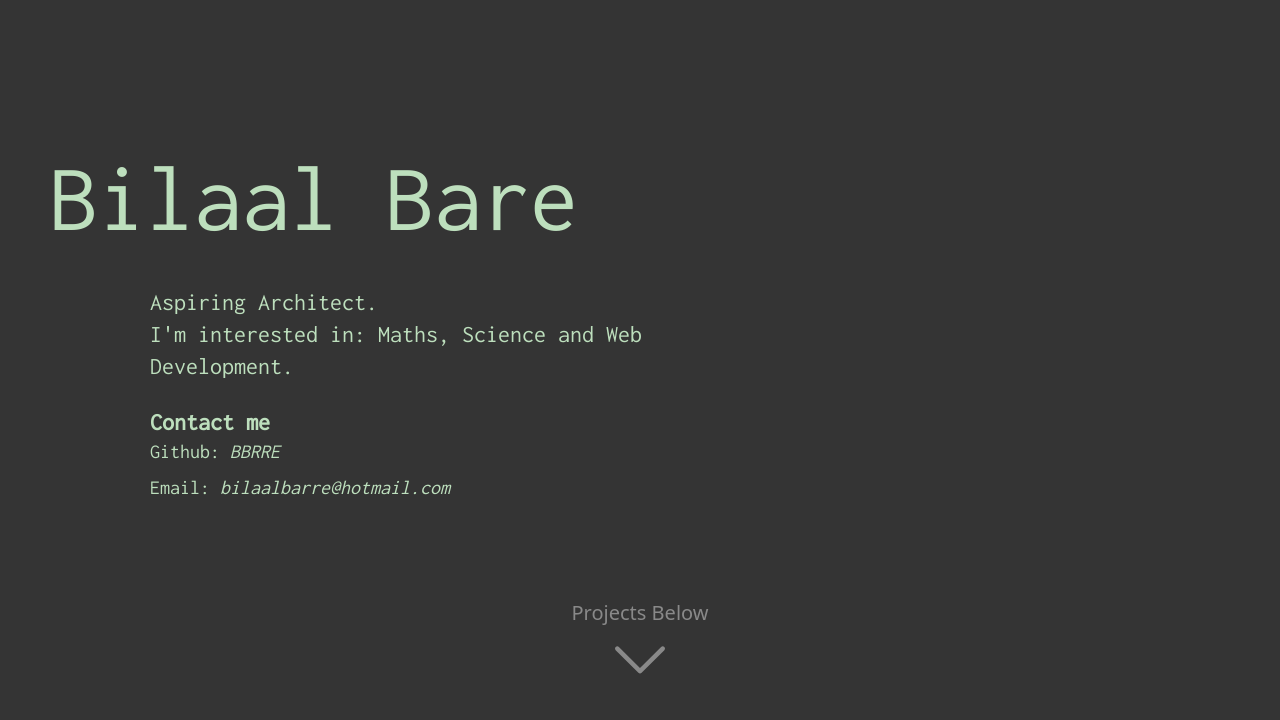
Repository: BBRRE/Portfolio-V2
Page: /#/
The author's editor kept a copy of each file at every save. The page is drawn from the files as they stood at one save, then again after the next save.
The browser window is 1280 px wide. The pictures show the whole page.
Pictures or frames that could not be fetched are drawn as grey boxes. An inner scrolling area shows only its first screen. Some web fonts or font styles are not loaded; a fallback is used. The project was rebuilt for these pictures with package versions that can differ from the ones it lists, and the page was loaded fresh each time. Also part of the build but not shown: vite.config.js, src/Subjects/Archi.jsx, src/Subjects/CompSci.jsx, src/Subjects/EEng.jsx, src/Subjects/Other.jsx, src/ErrorBoundary.jsx.

Above is the page before, as saved 2024-11-26 18:44:03.

### index.html
<!doctype html>
<html lang="en">
  <head>
    <meta charset="UTF-8" />
    <link rel="icon" type="image/svg+xml" href="src\assets\letter-bb.svg" />
    <link href="https://fonts.googleapis.com/css2?family=Inconsolata&family=Italiana&family=Hubballi&family=Julius+Sans+One&display=swap" rel="stylesheet">
    <link rel="preconnect" href="https://fonts.googleapis.com" />
<link rel="preconnect" href="https://fonts.gstatic.com" crossorigin />
<link
  rel="stylesheet"
  href="https://fonts.googleapis.com/css2?family=Roboto:wght@300;400;500;700&display=swap"
/>
<link
  rel="stylesheet"
  href="https://fonts.googleapis.com/icon?family=Material+Icons"
/>

    <meta name="viewport" content="width=device-width, initial-scale=1.0" />
    <title>Bilaal Bare</title>
  </head>
  <body>
    <div id="root"></div>
    <script type="module" src="/src/main.jsx"></script>
  </body>
</html>

### src/main.jsx
import React from 'react'
import ReactDOM from 'react-dom/client'
import App from './App'
import ErrorBoundary from './ErrorBoundary'
import './index.css'

ReactDOM.createRoot(document.getElementById('root')).render(
  <React.StrictMode>
    <ErrorBoundary>
      <App />
    </ErrorBoundary>
  </React.StrictMode>
)

### src/App.jsx
import { HashRouter as Router, Routes, Route } from 'react-router-dom';
import Archi from './Subjects/Archi.jsx'
import CompSci from './Subjects/CompSci.jsx'
import EEng from './Subjects/EEng.jsx'
import Other from './Subjects/Other.jsx'
import { HomePage } from './HomePage'
import { useState, useEffect } from 'react'

function App() {
  useEffect(() => {
    console.log('App component mounted')
  }, [])

  return (
    <Router>
        <Routes>
          <Route path="/" element={<HomePage />} />
          <Route path="/Architecture" element={<Archi />} />
          <Route path="/Electronic-Eng" element={<EEng />} />
          <Route path="/Computer-Sci" element={<CompSci />} />
          <Route path="/Other" element={<Other />} />
        </Routes>
    </Router>
  )
}

export default App

### src/index.css
@tailwind base;
@tailwind components;
@tailwind utilities;

@layer utilities {
  .bg-dot-pattern {
    background-image: radial-gradient(circle, rgba(0, 0, 0, 0.2) 1px, transparent 1px);
    background-size: 50px 50px; /* Adjust the spacing here */
  }
}

### src/HomePage.jsx
import React from 'react'
import ProjectsOverview from './Projects Overview';
import arrow from "./assets/down-arrow-svgrepo-com.svg";
import wrd from "./assets/uuundulate.svg"

export const HomePage = () => {
  return (
    <div className='h-screen w-full overflow-y-scroll snap-y snap-mandatory '>
      <div className='snap-start'>
        <div className='flex flex-col w-full h-screen snap-center relative overflow-hidden bg-[#343434] text-[#bddfbd]'>
          <img
            src={wrd}
            alt="Background wave"
            className='absolute scale-x-[-1]  md:right-0 top-0 w-full -z-10 md:w-auto'
          />

          <div className='px-4 md:px-0'>
            <h1 className='font-inconsolata text-4xl md:text-8xl mt-24 md:mt-[150px] md:ml-[50px] z-10'>
              Bilaal Bare
            </h1>

            <p className='font-inconsolata text-lg md:text-2xl w-full md:w-[500px] md:ml-[150px] mt-4 md:mt-[40px] mb-6 z-10'>
              Aspiring Architect. <br/>
              I'm interested in: Maths, Science and Web Development.
            </p>

            <div className='ml-4 md:ml-[150px] z-10'>
              <h2 className='font-inconsolata text-xl md:text-2xl font-bold'>Contact me</h2>
              <ul className='font-inconsolata text-base md:text-xl space-y-2'>
                <li>
                  Github: <a
                    className='italic hover:text-blue-600 transition-colors'
                    href="https://github.com/BBRRE"
                    target="_blank"
                    rel="noopener noreferrer"
                  >
                    BBRRE
                  </a>
                </li>
                <li>
                  Email: <a
                    className='italic hover:text-blue-600 transition-colors'
                    href="mailto:bilaalbarre@hotmail.com?subject=Email from Portfolio"
                  >
                    bilaalbarre@hotmail.com
                  </a>
                </li>
              </ul>
            </div>
          </div>

          <div className='flex flex-col mt-auto mb-8 animate-bounce'>
            <h3 className='mx-auto text-lg md:text-xl mb-2 text-[#898989]'>
              Projects Below
            </h3>
            <img
              src={arrow}
              alt="Scroll down arrow"
              className='w-8 md:w-[50px] mt-auto mx-auto'
            />
          </div>
        </div>
      </div>

      <div className='snap-start'>
        <ProjectsOverview />
      </div>
    </div>
  )
}

export default HomePage;

### src/Projects Overview.jsx
import React, { useState } from 'react';
import { useNavigate } from 'react-router-dom';
import archi from "./assets/arch.jpg";
import eeng from "./assets/Schematics.png";
import compsci from "./assets/code.png";
import other from "./assets/ffflux.svg";

const projects = [
    { image: archi, title: "Architecture", alt: "Architecture", font: 'italiana', color: '#F9F7F0' },
    { image: eeng, title: "Electronic-Eng", alt: 'Hardware' , font: 'hubballi', color: '#e5fbe8' },
    { image: compsci, title: "Computer-Sci", alt: 'Front-End', font: 'julius', color: '#B5C0B7' },
    { image: other, title: "Other", alt: "Other", font: 'inconsolata', color: '#F7F0D7' },
];

const ProjectsOverview = () => {
    const [activeIndex, setActiveIndex] = useState(null);
    const [transitioning, setTransitioning] = useState(false);
    const navigate = useNavigate();

    const handleClick = (index, subject) => {
        setActiveIndex(index);
        setTransitioning(true);

        // Navigate after animation completes
        setTimeout(() => {
            navigate(subject);
        }, 900); // Match this with your transition duration
    };

    return (
        <div className="flex flex-col w-full h-[100vh] bg-[#343434] snap-center overflow-hidden">
            {projects.map((project, index) => (
                <div
                    onClick={() => handleClick(index, project.title)}
                    key={index}
                    style={{
                        backgroundColor: project.color,
                        transition: 'all 0.7s cubic-bezier(0.4, 0, 0.2, 1)',
                        flex: transitioning
                            ? activeIndex === index ? '1 0 100%' : '0 0 0%'
                            : '1 0 25%'
                    }}
                    className={`
                        relative
                        group
                        flex
                        items-center
                        overflow-hidden
                    `}
                >
                    <img
                        src={project.image}
                        alt={project.title}
                        className={`
                            absolute
                            top-0
                            w-full
                            h-[120%]
                            object-cover
                            transition-all
                            duration-1000
                            ease-out
                            ${project.title === "Other"
                                ? "group-hover:-hue-rotate-30"
                                : "group-hover:top-[-20%]"
                            }
                            ${transitioning && activeIndex === index
                                ? "opacity-0 delay-300 duration-150  ease-in"
                                : ""
                            }
                        `}
                    />
                    <h1
                    style={{ fontFamily: project.font }}
                        className={`
                            2xl:text-9xl
                            xl:text-7xl
                            md:text-7xl
                            text-5xl
                            ml-[5%]
                            z-10
                            transition-opacity
                            duration-75
                            ${transitioning && activeIndex === index
                                ? "opacity-0"
                                : "opacity-100"
                            }
                        `}
                    >
                        {project.alt}
                    </h1>
                </div>
            ))}
        </div>
    );
}

export default ProjectsOverview;

### tailwind.config.js
/** @type {import('tailwindcss').Config} */
export default {
    darkMode: ["class"],
    content: ["index.css",
  "./src/**/*.{js,ts,jsx,tsx}",],
  theme: {
  	extend: {
  		backgroundImage: {
  			noise: "url('/src/assets/nnnoise.svg')",
  			undulate: "url('/src/assets/uuundulate.svg')"
  		},
  		fontFamily: {
  			inconsolata: ['Inconsolata', 'monospace'],
  			italiana: ['Italiana', 'serif'],
  			hubballi: ['Hubballi', 'cursive'],
  			julius: ['Julius Sans One"', 'sans-serif']
  		},
      keyframes: {
        fadeIn: {
          '0%': { opacity: '0' },
          '100%': { opacity: '1' },
        },
      }
  	}
  }
}

After the next save:
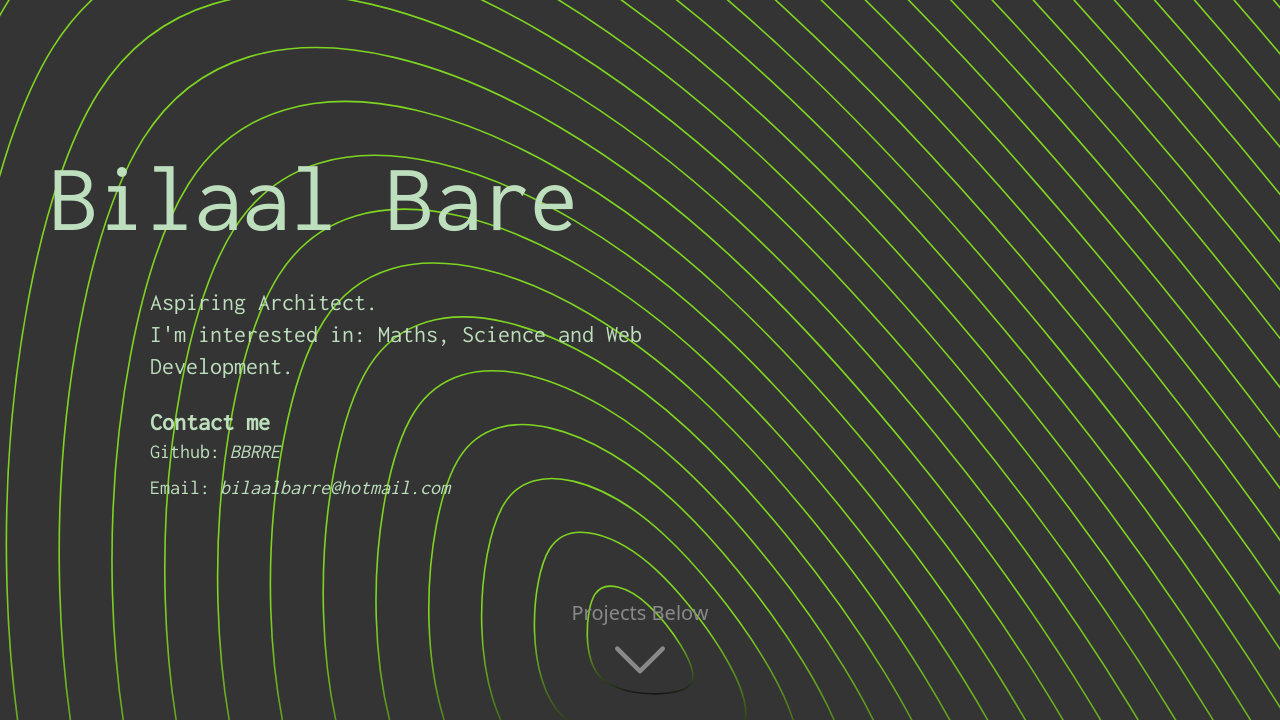
Saved 4 s later.
--- a/src/HomePage.jsx
+++ b/src/HomePage.jsx
@@ -7,7 +7,7 @@ export const HomePage = () => {
   return (
     <div className='h-screen w-full overflow-y-scroll snap-y snap-mandatory '>
       <div className='snap-start'>
-        <div className='flex flex-col w-full h-screen snap-center relative overflow-hidden bg-[#343434] text-[#bddfbd]'>
+        <div className='flex flex-col w-full h-screen snap-center relative overflow-hidden  text-[#bddfbd]'>
           <img
             src={wrd}
             alt="Background wave"
